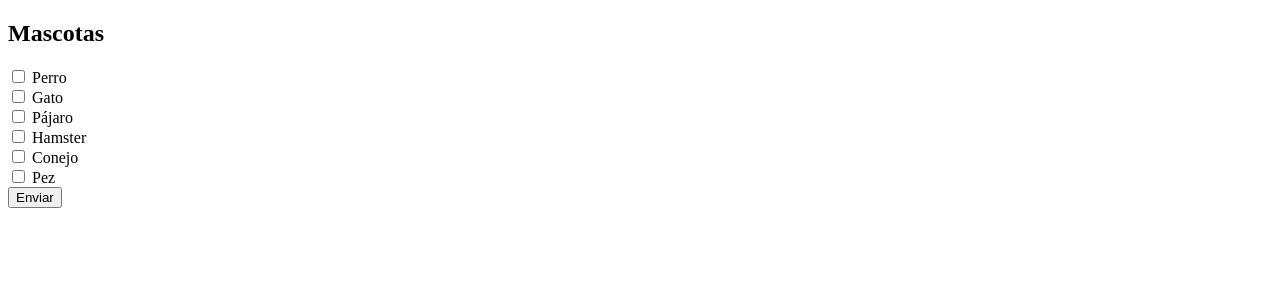
Repository: joaquingrosso/Java-y-Aplicaciones-avanzadas-sobre-internet
Page: Practica1Web40/src/main/webapp/mascotas.html
The author's editor kept a copy of each file at every save. The page is drawn from the files as they stood at one save, then again after the next save.
The browser window is 1280 px wide. The pictures show the whole page.

Above is the page before, as saved 2024-03-27 20:48:03.

After the next save:
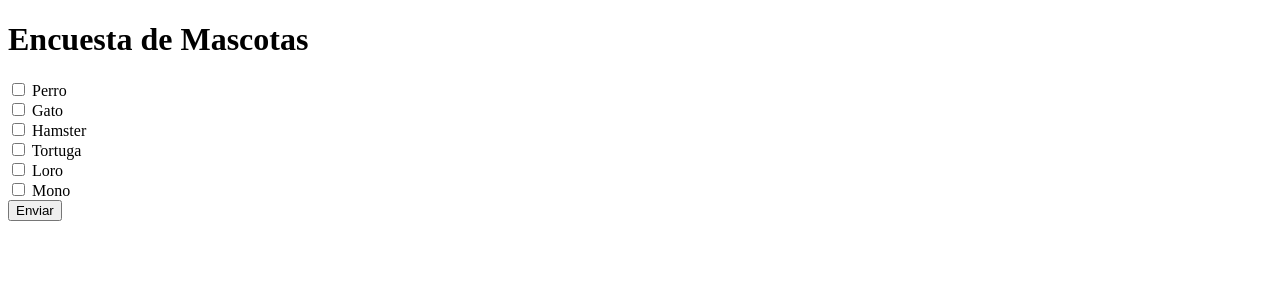
Saved 2 min 38 s later.
--- a/Practica1Web40/src/main/webapp/mascotas.html
+++ b/Practica1Web40/src/main/webapp/mascotas.html
@@ -1,31 +1,20 @@
 <!DOCTYPE html>
-<html>
+<html lang="es">
 <head>
-<meta charset="ISO-8859-1">
-<title>Mascotas</title>
+    <meta charset="UTF-8">
+    <meta name="viewport" content="width=device-width, initial-scale=1.0">
+    <title>Encuesta de Mascotas</title>
 </head>
 <body>
-    <h2>Mascotas</h2>
+    <h1>Encuesta de Mascotas</h1>
+
     <form action="Encuesta" method="post">
-
-		<input type="checkbox" id="perro" name="mascotas" value="perro">
-		<label for="perro">Perro</label><br>
-
-		<input type="checkbox" id="gato" name="mascotas" value="gato">
-		<label for="gato">Gato</label><br>
-
-		<input type="checkbox" id="pajaro" name="mascotas" value="pajaro">
-		<label for="pajaro">Pájaro</label><br>
-
-		<input type="checkbox" id="hamster" name="mascotas" value="hamster">
-		<label for="hamster">Hamster</label><br>
-
-		<input type="checkbox" id="conejo" name="mascotas" value="conejo">
-		<label for="conejo">Conejo</label><br>
-
-		<input type="checkbox" id="pez" name="mascotas" value="pez">
-		<label for="pez">Pez</label><br>
-
+        <input type="checkbox" name="mascotas" value="perro"> Perro <br>
+        <input type="checkbox" name="mascotas" value="gato"> Gato <br>
+        <input type="checkbox" name="mascotas" value="hamster"> Hamster <br>
+        <input type="checkbox" name="mascotas" value="tortuga"> Tortuga <br>
+        <input type="checkbox" name="mascotas" value="loro"> Loro <br>
+        <input type="checkbox" name="mascotas" value="mono"> Mono <br>
 
         <input type="submit" value="Enviar">
     </form>
